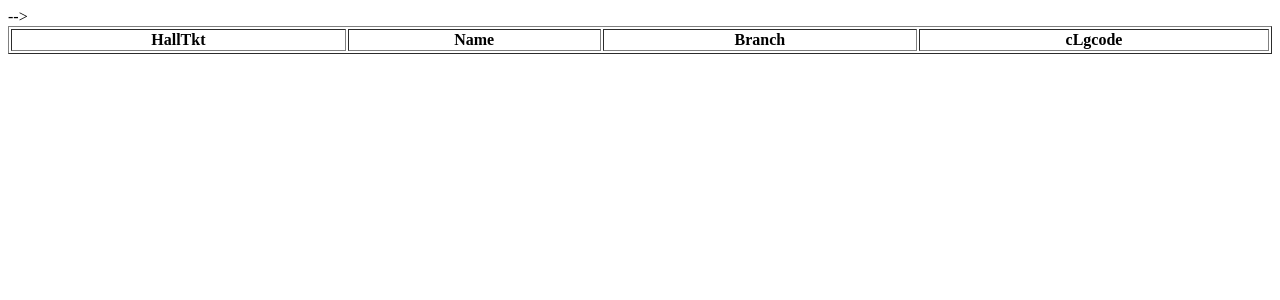
Repository: saiswaroop1547/ctstraining
Page: http://localhost/something/Sqljstl.jsp
An editor plug-in stored every save of this project. The page is shown before and after the next save, followed by the edit.
The browser window is 1280 px wide. The pictures show the whole page.
The page is served by Tomcat 9. Queries for data that is not in the repository find no rows.

Above is the page before, as saved 2020-02-13 06:15:54.

After the next save:
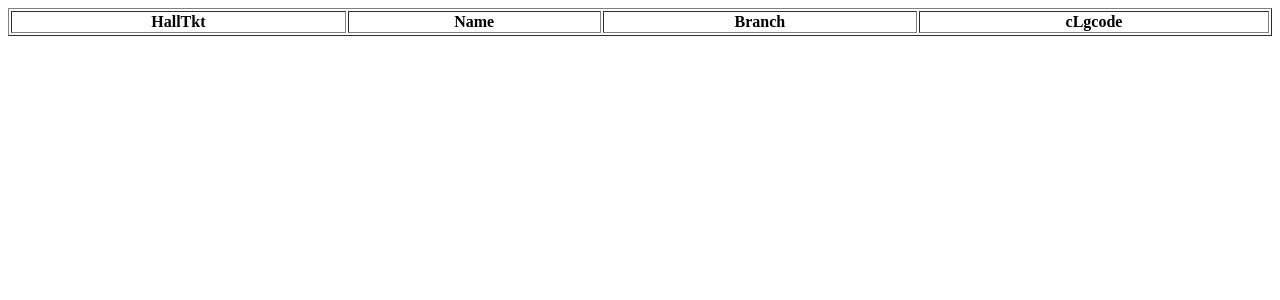
Saved 67 s later.
--- a/something/WebContent/Sqljstl.jsp
+++ b/something/WebContent/Sqljstl.jsp
@@ -14,12 +14,16 @@ user="root" password="root"/>
 <!--<sql:update dataSource="${db}" var="count">
 insert into students values("15471A05K8","Swetha","cse","47");
 </sql:update>-->
-<c:set var="StudentId" value="<%=request.getParameter(\"id\")%>"/>
-<sql:update dataSource="${db}" var="ct">
+<!--<sql:update dataSource="${db}" var="ct">
 Delete from students where htno=?
 <sql:param value="${StudentId}"/>
 </sql:update>-->
 <c:set var="StudentId" value="<%=request.getParameter(\"id\")%>"/>
+<c:set var="StudentNAME" value="<%=request.getParameter(\"NAME\")%>"/>
+<c:set var="StudentBRANCH" value="<%=request.getParameter(\"BRANCH\")%>"/>
+<c:set var="StudentCOLLEGECODE" value="<%=request.getParameter(\"CID\")%>"/>
+
+
 <sql:query dataSource="${db}" var="rs">
 SELECT * from students;
 </sql:query>
